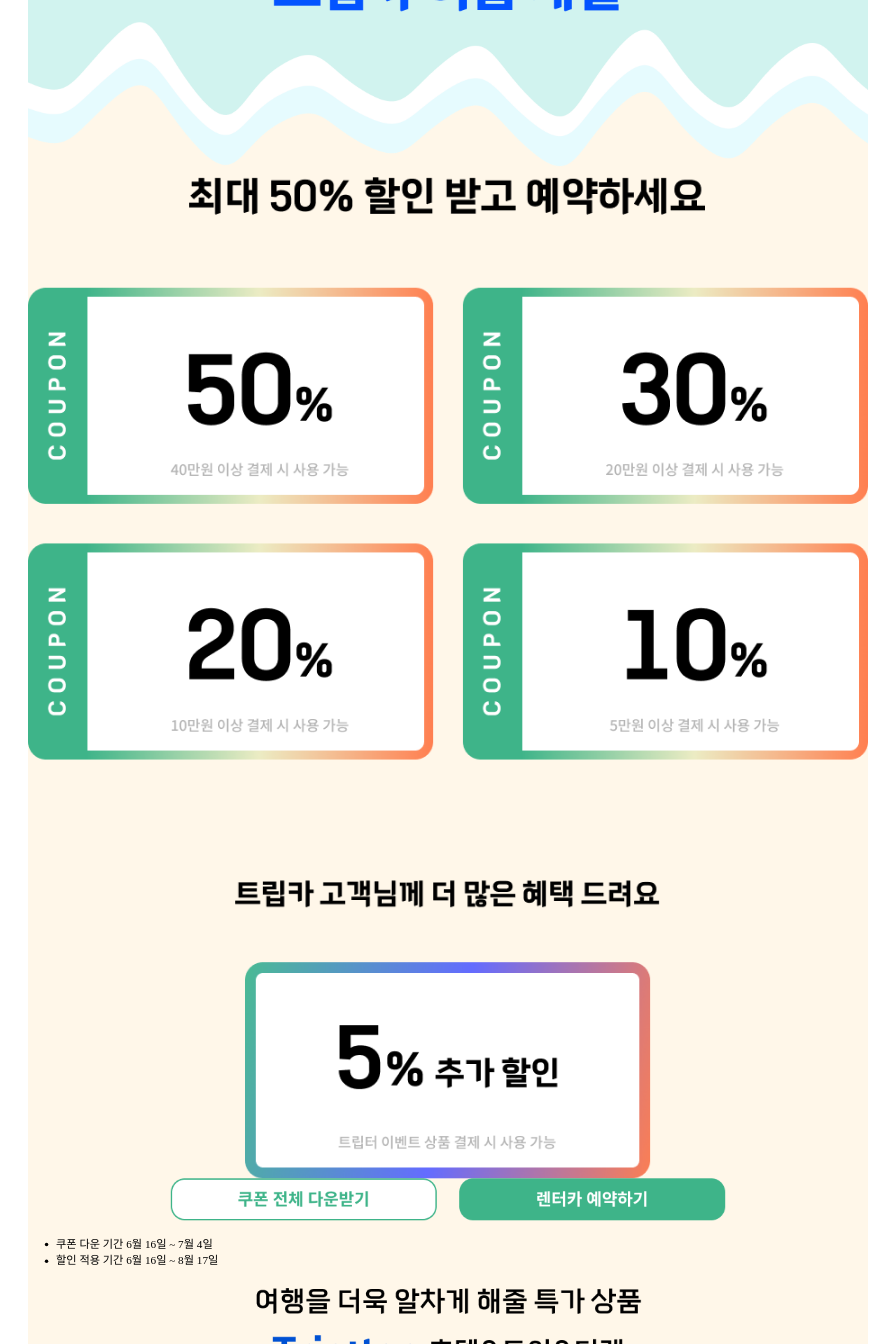
Repository: shin-eekk/project_temp
Page: project.html
An editor plug-in stored every save of this project. The page is shown before and after the next save, followed by the edit.
The browser window is 1280 px wide. The pictures show the part of the page from y = 615 to 2535 px (the page is 4215 px tall before and 3893 px after), at 70% of full size.

Above is the page before, as saved 2025-03-25 13:37:11.

### project.html
<!DOCTYPE html>
<html lang="en">
<head>
    <meta charset="UTF-8">
    <meta name="viewport" content="width=device-width, initial-scale=1.0">
    <title>Document</title>
</head>
<body>
    <section id="outpromo" style="background-color: #FFF7E9; margin: 0 auto; max-width: 1200px; display: flex; flex-direction: column; align-items: center;">
        <img src="./img/projectBananer.png" alt="">
        <div class="wrap" style="display: flex; flex-direction: column; justify-content: center;">
            <img src="./img/project_coupon.png" alt="">
            <div style="display: flex; justify-content: center; gap: 32px;">
                <a href="">
                    <img src="./img/btn_all.png" alt="">
                </a>
                <a href="">
                    <img src="./img/btn_rent.png" alt="">
                </a>
            </div>
                <ul>
                    <li>쿠폰 다운 기간  6월 16일 ~ 7월 4일</li>
                    <li>할인 적용 기간  6월 16일 ~ 8월 17일</li>
                </ul>

                <img src="./img/tripter_product.png" alt="">
            <div style="display: flex; justify-content: center;">
                <a href="">
                    <img src="./img/btn_more.png" alt="">
                </a></div>
        </div>
        <img src="./img/project_footer.jpg" alt="">

    </section>
</body>
</html>

After the next save:
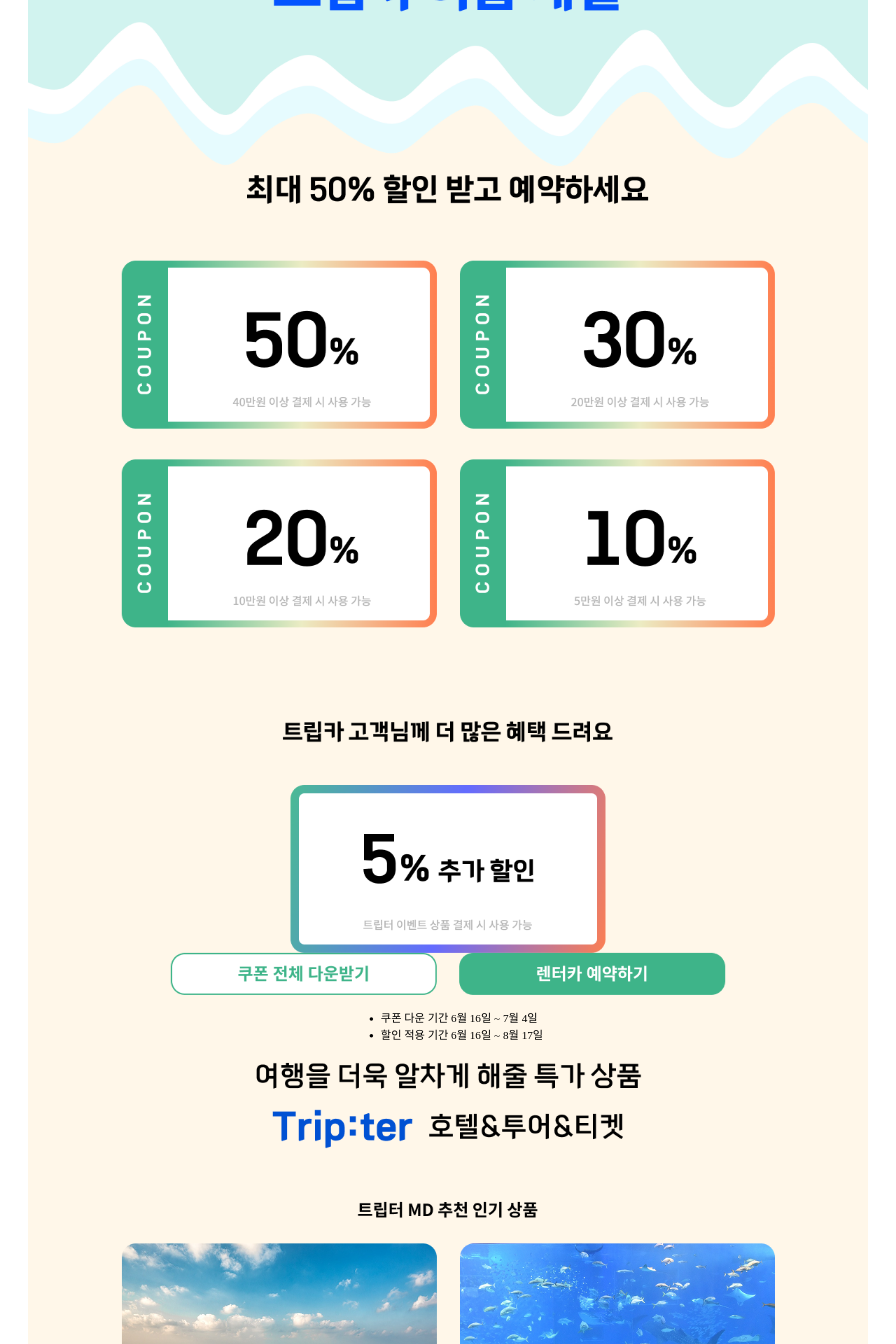
Saved 28 s later.
--- a/project.html
+++ b/project.html
@@ -8,7 +8,7 @@
 <body>
     <section id="outpromo" style="background-color: #FFF7E9; margin: 0 auto; max-width: 1200px; display: flex; flex-direction: column; align-items: center;">
         <img src="./img/projectBananer.png" alt="">
-        <div class="wrap" style="display: flex; flex-direction: column; justify-content: center;">
+        <div class="wrap" style="display: flex; flex-direction: column; justify-content: center; align-items: center;">
             <img src="./img/project_coupon.png" alt="">
             <div style="display: flex; justify-content: center; gap: 32px;">
                 <a href="">
